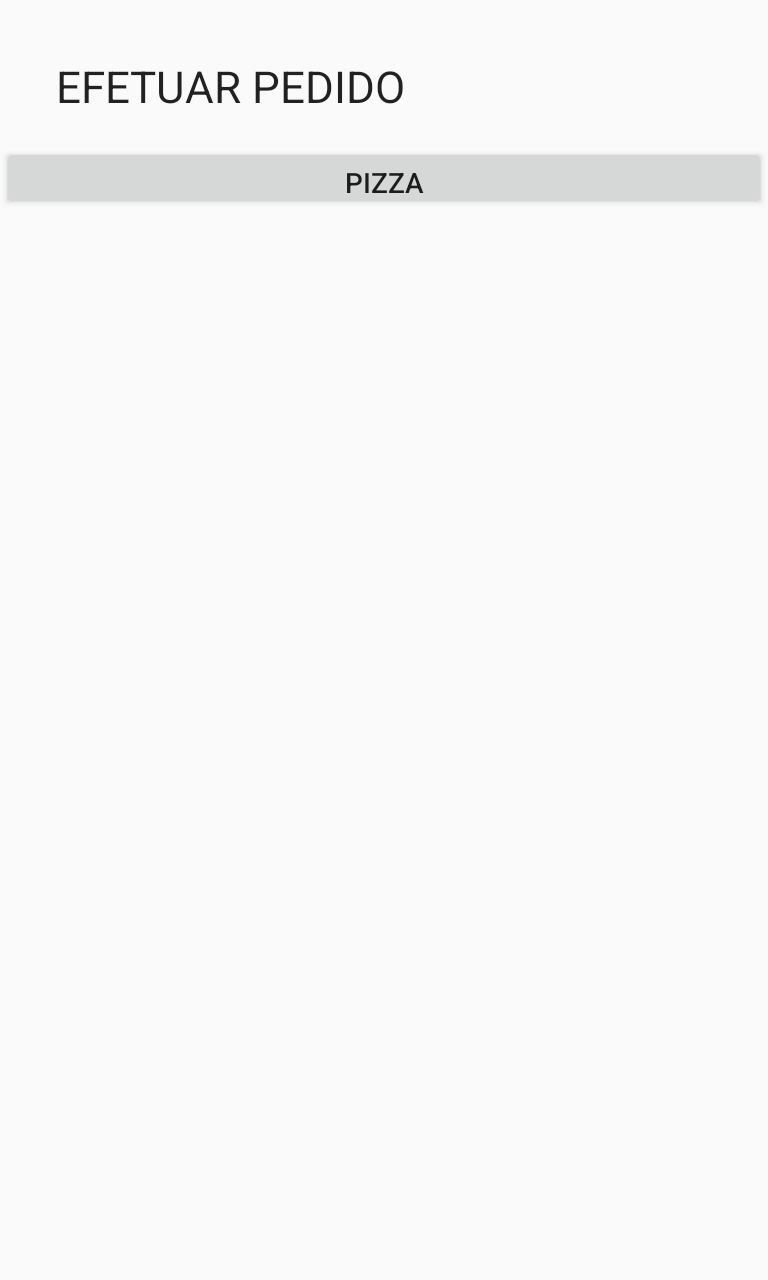
Repository: LucasSampaio/SysPizza-PSI
Layout: CodigoFonte/MOBILE/SysPizza/res/layout/activity_efetuar_pedido.xml
The author's editor kept a copy of each file at every save. The layout is drawn from the files as they stood at one save, then again after the next save.
It is drawn on a 768 x 1280 px phone screen (xhdpi) without system bars, with theme AppTheme; the app's code is not run.

Above is the layout before, as saved 2014-09-25 13:06:48.

After the next save:
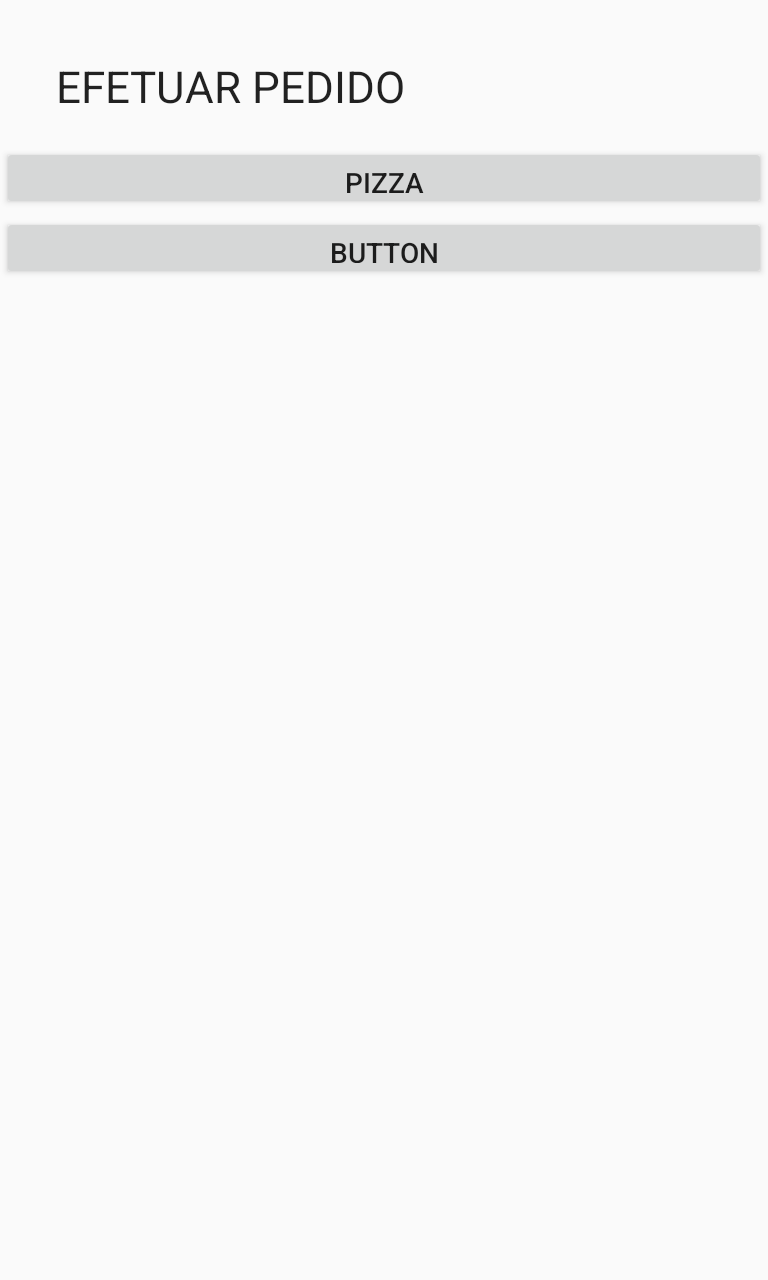
Saved 21 s later.
--- a/CodigoFonte/MOBILE/SysPizza/res/layout/activity_efetuar_pedido.xml
+++ b/CodigoFonte/MOBILE/SysPizza/res/layout/activity_efetuar_pedido.xml
@@ -24,4 +24,12 @@
         android:layout_marginTop="14dp"
         android:text="Pizza" />
 
+    <Button
+        android:id="@+id/btBebidaEfetuarPedido"
+        android:layout_width="fill_parent"
+        android:layout_height="35dp"
+        android:layout_below="@+id/btPizzaEfetuarPedido"
+        android:layout_centerHorizontal="true"
+        android:text="Button" />
+
 </RelativeLayout>
